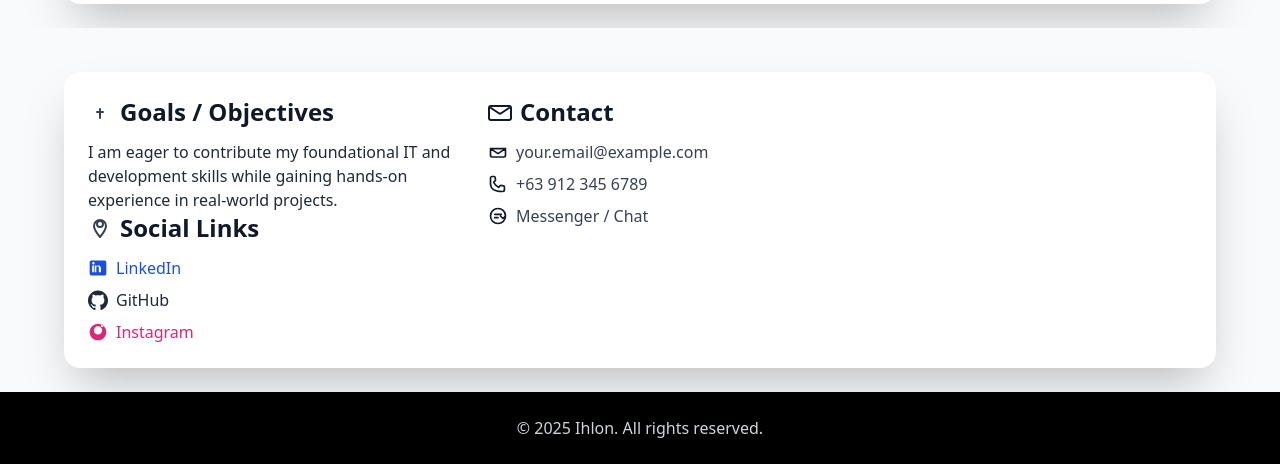
Repository: MeekSharkdev/cv-portfolio
Page: index.html
These files come from the project's save history. The page is drawn as it stood at one moment and after the next save; the edit follows.
The browser window is 1280 px wide. The pictures show the part of the page from y = 2336 to 2800 px (the page is 2800 px tall before and 2788 px after).
A picture or video elsewhere on the page could not be fetched, so the positions and the page height are approximate.

Above is the page before, as saved 2026-01-31 21:09:43.
Not found: styles.css

### index.html
<!DOCTYPE html>
<html lang="en">

<head>
    <meta charset="UTF-8" />
    <meta name="viewport" content="width=device-width, initial-scale=1.0" />
    <title>Ihlon | Web Static Page Portfolio</title>
    <link href="https://cdn.jsdelivr.net/npm/tailwindcss/dist/tailwind.min.css" rel="stylesheet">
    <link href="styles.css" rel="stylesheet">
</head>

<body class="bg-gray-50 text-gray-900 m-0 p-0">

    <!-- Hero Section -->
<header>
    <!-- Upper Left Container -->
    <section class="py-12 px-6 md:px-16 bg-gray-50">
        <div class="max-w-6xl mx-auto flex flex-col md:flex-row items-center md:items-start gap-8">

            <!-- Profile Image -->
            <div class="flex-shrink-0">
                <img src="./assets/images/Cropted.jpg" alt="Profile Picture"
                    class="w-48 h-48 md:w-56 md:h-56 object-cover rounded-2xl shadow-2xl">
            </div>

            <!-- Info Section -->
            <div class="flex flex-col justify-center gap-4">
                <!-- Full Name -->
                <h1 class="text-4xl md:text-5xl font-bold">Ihlon Gyve A. Nogot</h1>
                <span>Web Developer | Exploring Full-Stack & Software Development 🚀</span>

                <!-- Location -->
                <div class="flex items-center gap-2 text-gray-700">
                    <!-- Location icon (black & white stroke only) -->
                    <svg xmlns="http://www.w3.org/2000/svg" class="h-5 w-5 text-gray-700" fill="none"
                        viewBox="0 0 24 24" stroke="currentColor">
                        <path stroke-linecap="round" stroke-linejoin="round" stroke-width="2"
                            d="M12 11c1.657 0 3-1.343 3-3S13.657 5 12 5 9 6.343 9 8s1.343 3 3 3z" />
                        <path stroke-linecap="round" stroke-linejoin="round" stroke-width="2"
                            d="M12 21s-6-7-6-11a6 6 0 1112 0c0 4-6 11-6 11z" />
                    </svg>
                    <span>Metro Manila (NCR), Philippines</span>
                </div>

                <!-- Buttons -->
                <div class="flex gap-4 mt-4">

                    <!-- View Resume -->
                    <a href="assets/your-resume.pdf" target="_blank" class="px-6 py-2 bg-black text-white border border-black rounded-lg
                            hover:bg-white hover:text-black hover:border-black
                            transition-colors duration-800 ease-in-out">
                        View Resume
                    </a>

                    <!-- Invite for Interview -->
                    <a href="mailto:ihlongyve@gmail.com" class="px-6 py-2 border border-black text-black rounded-lg
                            bg-white
                            hover:bg-black hover:text-white hover:border-black
                            transition-colors duration-800 ease-in-out">
                        Invite for Interview
                    </a>

                </div>

            </div>

        </div>
    </section>
</header>

    <!-- Features Section -->
<!-- About Me + Experience Side-by-Side -->
<section class="py-6 px-6 md:px-16 bg-gray-50">
    <div class="max-w-6xl mx-auto mt-5 flex flex-col md:flex-row gap-6">

        <!-- About Me (Left) -->
        <div class="md:w-1/2 p-6 bg-white rounded-2xl shadow-2xl shadow-gray-300/20">
            <!-- Header with Icon -->
            <div class="flex items-center gap-3 mb-4">
                <h2 class="text-2xl font-semibold">👤  About Me</h2>
            </div>

        <!-- Paragraphs -->
        <div class="flex flex-col gap-4 text-gray-700">
            <p>I am an entry-level IT professional with hands-on experience in both front-end and back-end development. I am
                passionate about building web applications and continuously learning modern development practices. While my
                college days focused on web development, I am also eager to gain hands-on experience in IT support and other
                technical areas, expanding my knowledge beyond programming.</p>

            <p>I am looking forward to joining a company where I can contribute meaningfully while steadily building my
                expertise. I approach challenges with a humble mindset, aiming to grow my skills and knowledge over time to
                support both my career growth and the success of the team I join.</p>

            <p>I am adaptable, teachable, and willing to learn new tools or programming languages that are outside my current
                tech stack. I bring enthusiasm, availability, and a strong eagerness to learn and collaborate, ensuring I can
                quickly adapt and make a positive impact wherever I work.</p>
        </div>

        </div>

        <!-- Experience / Timeline (Right) -->
        <div class="md:w-1/2 p-6 bg-white rounded-2xl shadow-2xl shadow-gray-300/20">
            <!-- Header with Icon -->
            <div class="flex items-center gap-3 mb-6">
                <h2 class="text-2xl font-semibold">💼  Experience</h2>
            </div>

            <!-- Timeline -->
            <div class="relative border-l-2 border-gray-300 pl-8 flex flex-col gap-8">

                <!-- Graduate (Latest, Top) -->
                <div class="relative">
                    <div class="flex justify-between items-center">
                        <h2 class="text-xl font-bold"><li>Graduate in BS Information Technology</li></h2>
                        <span class="text-black font-bold">2025</span>
                    </div>
                    <p class="text-black mt-1"><i>Graduated with a specialization in web development and networking.</i></p>
                </div>

                <!-- Internship / OJT -->
                <div class="relative">
                    <div class="flex justify-between items-center">
                        <h3 class="text-lg text-gray-700"><li>Internship / OJT</li></h3>
                        <span class="text-gray-500">2025</span>
                    </div>
                    <p class="text-gray-700 mt-1"><i>Revamped admin and clients real estate website for listings, viewings, and reservations.</i></p>
                </div>

                <!-- Capstone Project -->
                <div class="relative">
                    <div class="flex justify-between items-center">
                        <h3 class="text-lg"><li>Capstone Project</li></h3>
                        <span class="text-gray-700">2025</span>
                    </div>
                    <p class="text-gray-700 mt-1"><i>Team Lead / Project Lead for Web-Based Appointment Scheduling System.</i></p>
                </div>
                <!-- Networking Fundamentals -->
                <div class="relative">
                    <div class="flex justify-between items-center">
                        <h3 class="text-lg">
                            <li>Networking Fundamentals</li>
                        </h3>
                        <span class="text-gray-700">2024</span>
                    </div>
                    <p class="text-gray-700 mt-1"><i>Gained hands-on experience in routing and network configuration, learning the
                            fundamentals of network setup, management, and troubleshooting.</i></p>
                </div>

                <!-- Bootcamp -->
                <div class="relative">
                    <div class="flex justify-between items-center">
                        <h3 class="text-lg"><li>Basic Web Development Fundamentals Bootcamp</li></h3>
                        <span class="text-gray-700">2023</span>
                    </div>
                    <p class="text-gray-700 mt-1"><i>Attended basic fundamentals bootcamp for web development.</i></p>
                </div>

            </div>
        </div>

    </div>
</section>

    <!-- Tech Stack Section (Below About Me Section) -->
    <section class="py-6 px-6 md:px-16 bg-gray-50">
        <div class="max-w-6xl mx-auto mt-5 p-6 bg-white rounded-2xl shadow-2xl shadow-gray-300/20">

            <!-- Section Header -->
            <h2 class="text-2xl font-semibold mb-6 flex items-center gap-2">
                <!-- Laptop icon for Tech Stack & Skills -->
                <svg xmlns="http://www.w3.org/2000/svg" class="h-6 w-6 text-gray-700" fill="none" viewBox="0 0 24 24"
                    stroke="currentColor">
                    <path stroke-linecap="round" stroke-linejoin="round" stroke-width="2" d="M3 8h18v10H3V8z M2 18h20v2H2v-2z" />
                </svg>
                Tech Stack
            </h2>


            <!-- Categories -->
            <div class="flex flex-col gap-6">

                <!-- Frontend -->
                <div>
                    <h3 class="font-bold mb-2">Frontend:</h3>
                    <div class="flex flex-wrap gap-2">
                        <span class="px-3 py-1 bg-gray-200 rounded-full text-gray-700 text-sm">HTML</span>
                        <span class="px-3 py-1 bg-gray-200 rounded-full text-gray-700 text-sm">CSS</span>
                        <span class="px-3 py-1 bg-gray-200 rounded-full text-gray-700 text-sm">JavaScript</span>
                        <span class="px-3 py-1 bg-gray-200 rounded-full text-gray-700 text-sm">React (Vite)</span>
                        <span class="px-3 py-1 bg-gray-200 rounded-full text-gray-700 text-sm">Tailwind CSS</span>
                    </div>
                </div>

                <!-- Backend -->
                <div>
                    <h3 class="font-bold mb-2">Backend:</h3>
                    <div class="flex flex-wrap gap-2">
                        <span class="px-3 py-1 bg-gray-200 rounded-full text-gray-700 text-sm">PHP</span>
                        <span class="px-3 py-1 bg-gray-200 rounded-full text-gray-700 text-sm">C++</span>
                    </div>
                </div>

                <!-- Database -->
                <div>
                    <h3 class="font-bold mb-2">Database:</h3>
                    <div class="flex flex-wrap gap-2">
                        <span class="px-3 py-1 bg-gray-200 rounded-full text-gray-700 text-sm">MySQL</span>
                    </div>
                </div>

                <!-- Tools & Frameworks -->
                <div>
                    <h3 class="font-bold mb-2">Tools & Frameworks:</h3>
                    <div class="flex flex-wrap gap-2">
                        <span class="px-3 py-1 bg-gray-200 rounded-full text-gray-700 text-sm">GitHub</span>
                        <span class="px-3 py-1 bg-gray-200 rounded-full text-gray-700 text-sm">VSCode</span>
                        <span class="px-3 py-1 bg-gray-200 rounded-full text-gray-700 text-sm">CodeBlocks</span>
                        <span class="px-3 py-1 bg-gray-200 rounded-full text-gray-700 text-sm">Figma</span>
                    </div>
                </div>

                <!-- Foundational Skills -->
                <div>
                    <h3 class="font-bold mb-2">Foundational Skills:</h3>
                    <div class="flex flex-wrap gap-2">
                        <span class="px-3 py-1 bg-gray-200 rounded-full text-gray-700 text-sm">API Integration (Beginner &
                            Learning)</span>
                        <span class="px-3 py-1 bg-gray-200 rounded-full text-gray-700 text-sm">Responsive Web Design</span>
                        <span class="px-3 py-1 bg-gray-200 rounded-full text-gray-700 text-sm">JavaScript (Learning)</span>
                        <span class="px-3 py-1 bg-gray-200 rounded-full text-gray-700 text-sm">Python (Learning)</span>
                        <span class="px-3 py-1 bg-gray-200 rounded-full text-gray-700 text-sm">Laravel Framework (Basic &
                            Learning)</span>
                        <span class="px-3 py-1 bg-gray-200 rounded-full text-gray-700 text-sm">AI API token Integration (Beginner &
                                Learning)</span>
                        <span class="px-3 py-1 bg-gray-200 rounded-full text-gray-700 text-sm">Postman (Learning)</span>
                        <span class="px-3 py-1 bg-gray-200 rounded-full text-gray-700 text-sm">Node.js (Learning)</span>
                        <span class="px-3 py-1 bg-gray-200 rounded-full text-gray-700 text-sm">Supabase (Learning)</span>
                    </div>
                </div>

            </div>

        </div>
    </section>

    <!-- Recent Certifications & Seminars Section (Below Tech Stack) -->
    <section class="py-6 px-6 md:px-16 bg-gray-50">
        <div class="max-w-6xl mx-auto mt-5 p-6 bg-white rounded-2xl shadow-2xl shadow-gray-300/20">

            <!-- Section Header -->
            <h2 class="text-2xl font-semibold mb-6 flex items-center gap-2">
                <!-- Certified stamp icon -->
                <svg xmlns="http://www.w3.org/2000/svg" class="h-6 w-6 text-gray-700" fill="none" viewBox="0 0 24 24"
                    stroke="currentColor">
                    <circle cx="12" cy="12" r="9" stroke-width="2" stroke-linecap="round" stroke-linejoin="round" />
                    <path stroke-linecap="round" stroke-linejoin="round" stroke-width="2" d="M9 12l2 2 4-4" />
                </svg>
                Recent Certifications & Seminars
            </h2>


        <!-- Items -->
        <div class="flex flex-col gap-4">

            <!-- Certification -->
            <div class="flex items-center gap-3 p-3 bg-gray-200 rounded-2xl">
                <!-- Certificate / Badge Icon -->
                <svg xmlns="http://www.w3.org/2000/svg" class="h-5 w-5 text-green-600" fill="none" viewBox="0 0 24 24"
                    stroke="currentColor">
                    <path stroke-linecap="round" stroke-linejoin="round" stroke-width="2"
                        d="M9 12l2 2 4-4M12 20a8 8 0 100-16 8 8 0 000 16z" />
                </svg>
                <div class="flex justify-between w-full">
                    <span class="font-medium">TESDA NCII CSS - Computer Systems Servicing</span>
                    <span class="text-gray-800">2025</span>
                </div>
            </div>

            <!-- Seminar: AI in the Workplace -->
            <div class="flex items-center gap-3 p-3 bg-gray-200 rounded-2xl">
                <!-- AI / Lightbulb Icon -->
                <svg xmlns="http://www.w3.org/2000/svg" class="h-5 w-5 text-yellow-600" fill="none" viewBox="0 0 24 24"
                    stroke="currentColor">
                    <path stroke-linecap="round" stroke-linejoin="round" stroke-width="2"
                        d="M12 2a7 7 0 00-7 7c0 3.866 3.134 7 7 7s7-3.134 7-7a7 7 0 00-7-7z M12 14v4m-2 2h4" />
                </svg>
                <div class="flex justify-between w-full">
                    <span class="font-medium">Seminar: AI in the Workplace</span>
                    <span class="text-gray-800">2025</span>
                </div>
            </div>

            <!-- Seminar: Project Management & Web Development -->
            <div class="flex items-center gap-3 p-3 bg-gray-200 rounded-2xl">
                <!-- Project / Clipboard Icon -->
                <svg xmlns="http://www.w3.org/2000/svg" class="h-5 w-5 text-blue-600" fill="none" viewBox="0 0 24 24"
                    stroke="currentColor">
                    <path stroke-linecap="round" stroke-linejoin="round" stroke-width="2"
                        d="M9 12h6m-6 4h6M9 8h6m2-2h-2a2 2 0 00-2-2h-2a2 2 0 00-2 2H7a2 2 0 00-2 2v14a2 2 0 002 2h10a2 2 0 002-2V6a2 2 0 00-2-2z" />
                </svg>
                <div class="flex justify-between w-full">
                    <span class="font-medium">Seminar: Project Management & Web Development</span>
                    <span class="text-gray-800">2025</span>
                </div>
            </div>

        </div>


        </div>
    </section>

<!-- Project Carousel Section (Above Footer) -->
<section>
    <div class="max-w-8xl mx-auto">

        <!-- Projects / Portfolio Section -->
        <section class="py-6 px-6 md:px-16 bg-gray-50">
            <div class="max-w-6xl mx-auto mt-5 p-6 bg-white rounded-2xl shadow-2xl shadow-gray-300/20">

                <!-- Section Header -->
                <h2 class="text-2xl font-semibold mb-6 flex items-center gap-2">
                    <!-- Project / Portfolio icon -->
                    <svg xmlns="http://www.w3.org/2000/svg" class="h-6 w-6 text-gray-700" fill="none" viewBox="0 0 24 24"
                        stroke="currentColor">
                        <!-- Browser window with code lines -->
                        <path stroke-linecap="round" stroke-linejoin="round" stroke-width="2"
                            d="M3 7h18M3 7a2 2 0 012-2h14a2 2 0 012 2v12a2 2 0 01-2 2H5a2 2 0 01-2-2V7z" />
                        <path stroke-linecap="round" stroke-linejoin="round" stroke-width="2" d="M7 11h10M7 15h10" />
                    </svg>
                    Completed Projects & Capstone
                </h2>


        <!-- Carousel -->
        <div class="overflow-hidden relative">
            <div class="flex animate-scroll whitespace-nowrap gap-6">
                <!-- Blank placeholder images -->
                <img src="assets/project1-placeholder.jpg" alt="Project 1"
                    class="w-100 h-48 object-cover rounded-lg shadow-lg">
                <img src="assets/project2-placeholder.jpg" alt="Project 2"
                    class="w-72 h-48 object-cover rounded-lg shadow-lg">
                <img src="assets/project3-placeholder.jpg" alt="Project 3"
                    class="w-72 h-48 object-cover rounded-lg shadow-lg">
                <img src="assets/project4-placeholder.jpg" alt="Project 4"
                    class="w-72 h-48 object-cover rounded-lg shadow-lg">
                <!-- Duplicate images for seamless loop -->
                <img src="assets/project1-placeholder.jpg" alt="Project 1"
                    class="w-72 h-48 object-cover rounded-lg shadow-lg">
                <img src="assets/project2-placeholder.jpg" alt="Project 2"
                    class="w-72 h-48 object-cover rounded-lg shadow-lg">
            </div>
        </div>
    </div>
</section>


    <!-- Call to Action Section -->
<!-- Goals, Social Links & Contact Section -->
<section class="py-6 px-6 md:px-16 bg-gray-50">
    <div class="max-w-6xl mx-auto mt-5 p-6 bg-white rounded-2xl shadow-2xl shadow-gray-300/20">

        <div class="flex flex-col md:flex-row gap-8">

            <!-- Goals / Objectives -->
            <div class="md:w-1/3">
                <h2 class="text-2xl font-semibold mb-3 flex items-center gap-2">
                    <svg xmlns="http://www.w3.org/2000/svg" class="h-6 w-6 text-gray-700" fill="none"
                        viewBox="0 0 24 24" stroke="currentColor">
                        <path stroke-linecap="round" stroke-linejoin="round" stroke-width="2"
                            d="M9 12h6m-3-3v6m0-6V9m0 6v3" />
                    </svg>
                    Goals / Objectives
                </h2>
            <p class="text-gray-800">
                I am eager to contribute my foundational IT and development skills while gaining hands-on experience in real-world
                projects.<p></p>
    <h2 class="text-2xl font-semibold mb-3 flex items-center gap-2">
        <!-- Social icon -->
        <svg xmlns="http://www.w3.org/2000/svg" class="h-6 w-6 text-gray-700" fill="none" viewBox="0 0 24 24"
            stroke="currentColor">
            <circle cx="12" cy="8" r="3" stroke-width="2" stroke-linecap="round" stroke-linejoin="round" />
            <path stroke-linecap="round" stroke-linejoin="round" stroke-width="2"
                d="M12 21s-6-7-6-11a6 6 0 1112 0c0 4-6 11-6 11z" />
        </svg>
        Social Links
    </h2>

    <div class="flex flex-col gap-2">
        <a href="https://linkedin.com/in/yourprofile" target="_blank"
            class="flex items-center gap-2 text-blue-700 hover:underline">
            <!-- LinkedIn simplified icon -->
            <svg xmlns="http://www.w3.org/2000/svg" class="h-5 w-5" fill="currentColor" viewBox="0 0 24 24">
                <path
                    d="M4 3a2 2 0 00-2 2v14a2 2 0 002 2h16a2 2 0 002-2V5a2 2 0 00-2-2H4zm4 14H5v-8h3v8zm-1.5-9.268a1.5 1.5 0 110-3 1.5 1.5 0 010 3zm9.5 9.268h-3v-4.5c0-1.2-.02-2.75-1.5-2.75s-1.5 1.42-1.5 2.667V17h-3v-8h2.8v1.2h.04c.4-.7 1.3-1.2 2.46-1.2 2.64 0 3.2 1.74 3.2 4V17z" />
            </svg>
            LinkedIn
        </a>

        <a href="https://github.com/yourprofile" target="_blank"
            class="flex items-center gap-2 text-gray-800 hover:underline">
            <!-- GitHub simplified icon -->
            <svg xmlns="http://www.w3.org/2000/svg" class="h-5 w-5" fill="currentColor" viewBox="0 0 24 24">
                <path
                    d="M12 .5C5.373.5 0 5.873 0 12.5c0 5.3 3.438 9.8 8.205 11.387.6.111.82-.261.82-.577 0-.285-.01-1.04-.017-2.042-3.338.724-4.042-1.61-4.042-1.61-.546-1.387-1.333-1.756-1.333-1.756-1.088-.744.083-.729.083-.729 1.205.085 1.839 1.238 1.839 1.238 1.07 1.834 2.809 1.304 3.495.997.108-.775.417-1.305.762-1.605-2.665-.303-5.466-1.333-5.466-5.933 0-1.31.468-2.381 1.235-3.221-.124-.303-.536-1.523.117-3.176 0 0 1.008-.322 3.3 1.23.957-.266 1.983-.399 3.003-.404 1.02.005 2.047.138 3.006.404 2.289-1.552 3.295-1.23 3.295-1.23.655 1.653.243 2.873.12 3.176.77.84 1.233 1.911 1.233 3.221 0 4.61-2.803 5.625-5.475 5.922.43.371.813 1.102.813 2.222 0 1.604-.015 2.897-.015 3.293 0 .319.216.694.825.576C20.563 22.3 24 17.805 24 12.5 24 5.873 18.627.5 12 .5z" />
            </svg>
            GitHub
        </a>

        <a href="https://instagram.com/yourprofile" target="_blank"
            class="flex items-center gap-2 text-pink-600 hover:underline">
            <!-- Instagram simplified icon -->
            <svg xmlns="http://www.w3.org/2000/svg" class="h-5 w-5" fill="currentColor" viewBox="0 0 24 24">
                <path
                    d="M12 2C6.477 2 2 6.477 2 12s4.477 10 10 10 10-4.477 10-10S17.523 2 12 2zm0 3a5 5 0 110 10 5 5 0 010-10zm6.5-.5a1.5 1.5 0 11-3 0 1.5 1.5 0 013 0z" />
            </svg>
            Instagram
        </a>
    </div>
</div>

            <!-- Contact Info -->
        <div class="md:w-1/3">
            <h2 class="text-2xl font-semibold mb-3 flex items-center gap-2">
                <!-- Minimal envelope icon for Contact header -->
                <svg xmlns="http://www.w3.org/2000/svg" class="h-6 w-6 text-gray-900" fill="none" viewBox="0 0 24 24"
                    stroke="currentColor">
                    <path stroke-linecap="round" stroke-linejoin="round" stroke-width="2"
                        d="M3 8l7.89 5.26a2 2 0 002.22 0L21 8M3 6h18a2 2 0 012 2v10a2 2 0 01-2 2H3a2 2 0 01-2-2V8a2 2 0 012-2z" />
                </svg>
                Contact
            </h2>

            <div class="flex flex-col gap-2 text-gray-700">
            <!-- Email -->
            <div class="flex items-center gap-2">
                <svg xmlns="http://www.w3.org/2000/svg" class="h-5 w-5 text-gray-900" fill="none" viewBox="0 0 24 24"
                    stroke="currentColor">
                    <path stroke-linecap="round" stroke-linejoin="round" stroke-width="2"
                        d="M3 8l9 6 9-6M3 8v8a2 2 0 002 2h14a2 2 0 002-2V8M3 8h18" />
                </svg>
                <span>your.email@example.com</span>
            </div>

                <!-- Phone -->
            <!-- Phone -->
            <div class="flex items-center gap-2">
                <svg xmlns="http://www.w3.org/2000/svg" class="h-5 w-5 text-gray-900" fill="none" viewBox="0 0 24 24"
                    stroke="currentColor">
                    <path stroke-linecap="round" stroke-linejoin="round" stroke-width="2"
                        d="M3 5a2 2 0 012-2h2.5a1 1 0 011 1l.5 3a1 1 0 01-.25.95l-2 2a16 16 0 006 6l2-2a1 1 0 01.95-.25l3 .5a1 1 0 011 1V19a2 2 0 01-2 2h-1C7.163 21 3 16.837 3 12V5z" />
                </svg>
                <span>+63 912 345 6789</span>
            </div>


                <!-- Chat / Messenger -->
                <div class="flex items-center gap-2">
                    <svg xmlns="http://www.w3.org/2000/svg" class="h-5 w-5 text-gray-900" fill="none" viewBox="0 0 24 24"
                        stroke="currentColor">
                        <path stroke-linecap="round" stroke-linejoin="round" stroke-width="2"
                            d="M8 10h8M8 14h4M21 12a9 9 0 11-18 0 9 9 0 0118 0zM21 12l-3 3-3-3" />
                    </svg>
                    <span>Messenger / Chat</span>
                </div>

            </div>
        </div>


        </div>

    </div>
</section>

<!-- Footer Section -->
<footer class="bg-black text-gray-300 w-full mx-0">
    <div class="max-w-full mx-0 px-8 py-6 text-center">
        &copy; 2025 Ihlon. All rights reserved.
    </div>
</footer>

<!-- Carousel animation -->
<style>
    @keyframes scroll {
        0% {
            transform: translateX(0);
        }

        100% {
            transform: translateX(-50%);
        }
    }

    .animate-scroll {
        animation: scroll 20s linear infinite;
    }
</style>

</body>

</html>

After the next save:
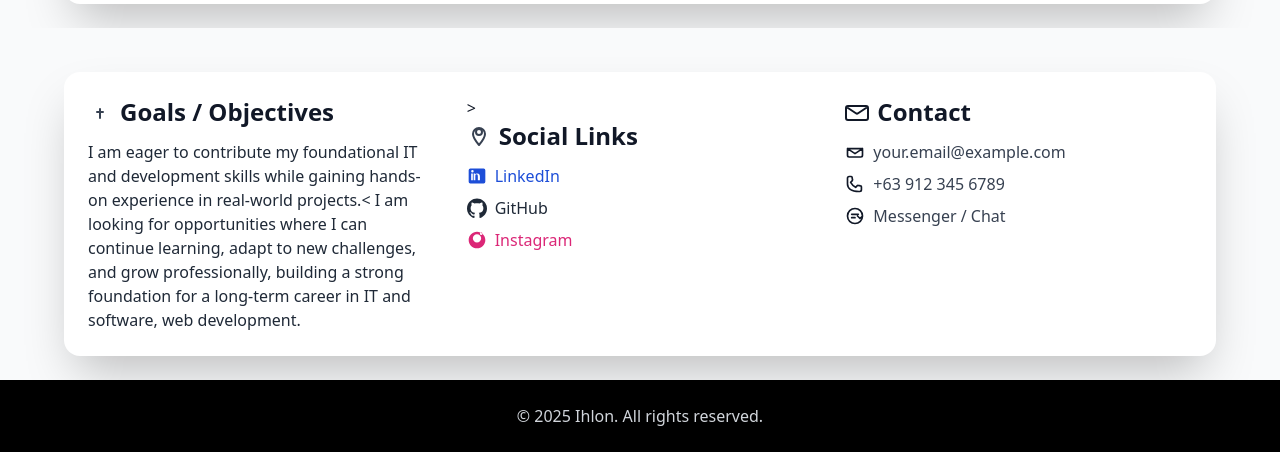
Saved 6 s later.
--- a/index.html
+++ b/index.html
@@ -374,7 +374,14 @@
                 </h2>
             <p class="text-gray-800">
                 I am eager to contribute my foundational IT and development skills while gaining hands-on experience in real-world
-                projects.<p></p>
+                projects.< I am looking for opportunities where I can continue learning, adapt to new challenges, and grow
+                professionally, building a strong foundation for a long-term career in IT and software, web development.
+            </p>
+
+            </div>
+
+<!-- Social Links -->
+<div class="md:w-1/3">>
     <h2 class="text-2xl font-semibold mb-3 flex items-center gap-2">
         <!-- Social icon -->
         <svg xmlns="http://www.w3.org/2000/svg" class="h-6 w-6 text-gray-700" fill="none" viewBox="0 0 24 24"
